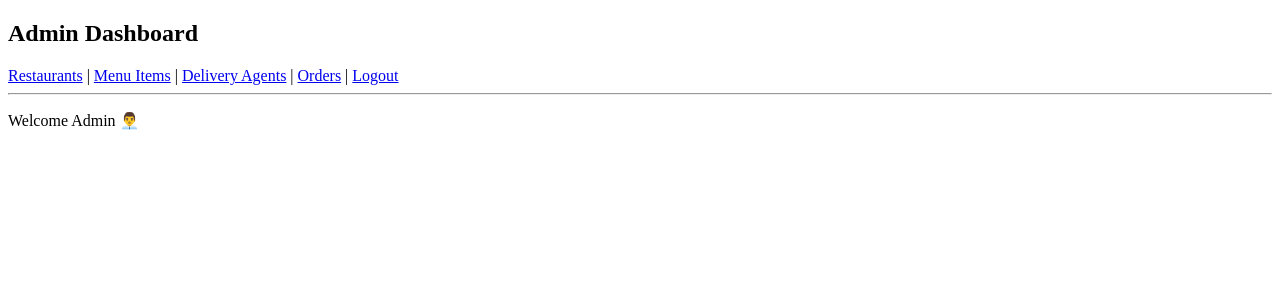
Repository: Yadavilli-KeerthiSri/practice-Sprint-project
Page: http://localhost/admin/admin-dashboard
These files come from the project's save history. The page is drawn as it stood at one moment and after the next save; the edit follows.
The browser window is 1280 px wide. The pictures show the whole page.
The page is this project's Thymeleaf template; nobody is signed in. The template is opened directly, without the code that normally fills it, so the values that code supplies are empty.

Above is the page before, as saved 2026-02-03 06:02:45.

After the next save:
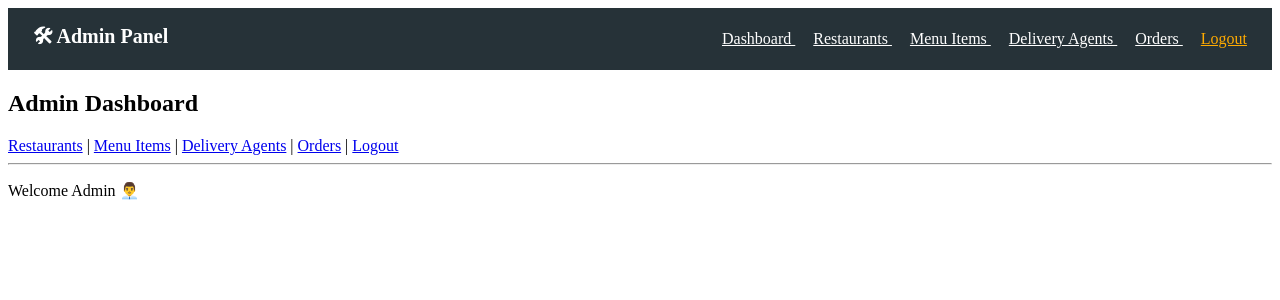
Saved 63 s later.
--- a/SprintProject/10-Food-Delivery-System-Project/src/main/resources/templates/admin/admin-dashboard.html
+++ b/SprintProject/10-Food-Delivery-System-Project/src/main/resources/templates/admin/admin-dashboard.html
@@ -4,6 +4,8 @@
     <title>Admin Dashboard</title>
 </head>
 <body>
+<!-- ADMIN NAVBAR -->
+<div th:replace="fragments/admin-navbar :: adminNavbar"></div>
 
 <h2>Admin Dashboard</h2>
 
